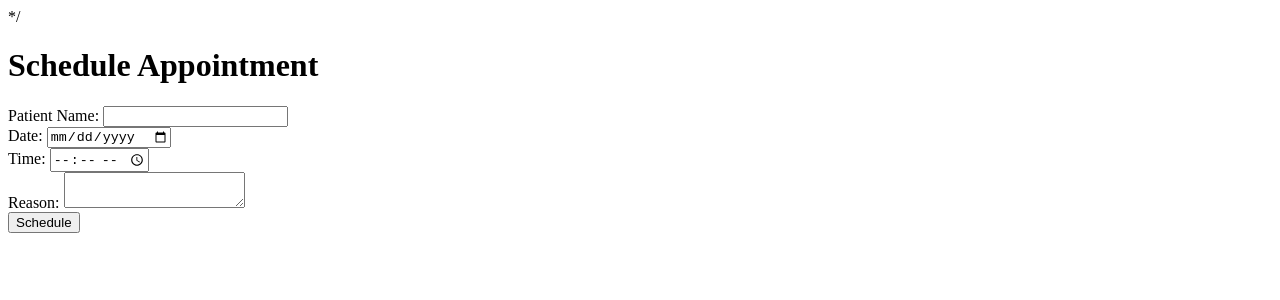
Repository: jaytriggz/Hospital-Management-System
Page: index.html
The author's editor kept a copy of each file at every save. The page is drawn from the files as they stood at one save, then again after a run of saves.
The browser window is 1280 px wide. The pictures show the whole page.

Above is the page before, as saved 2024-07-04 14:17:07.

### index.html
*/<!DOCTYPE html>
<html lang="en">
<head>
    <meta charset="UTF-8">
    <title>Schedule Appointment</title>
</head>
<body>
    <h1>Schedule Appointment</h1>
    <form id="appointmentForm">
        <label for="patientName">Patient Name:</label>
        <input type="text" id="patientName" name="patientName" required><br>

        <label for="date">Date:</label>
        <input type="date" id="date" name="date" required><br>

        <label for="time">Time:</label>
        <input type="time" id="time" name="time" required><br>

        <label for="reason">Reason:</label>
        <textarea id="reason" name="reason" required></textarea><br>

        <button type="submit">Schedule</button>
    </form>

    <script>
        document.getElementById('appointmentForm').addEventListener('submit', function(event) {
            event.preventDefault();

            const formData = {
                patientName: document.getElementById('patientName').value,
                date: document.getElementById('date').value,
                time: document.getElementById('time').value,
                reason: document.getElementById('reason').value
            };

            fetch('/appointments', {
                method: 'POST',
                headers: {
                    'Content-Type': 'application/json'
                },
                body: JSON.stringify(formData)
            })
            .then(response => response.text())
            .then(data => {
                alert(data);
            })
            .catch(error => {
                console.error('Error:', error);
            });
        });
    </script>
</body>
</html>

After the next 2 saves:
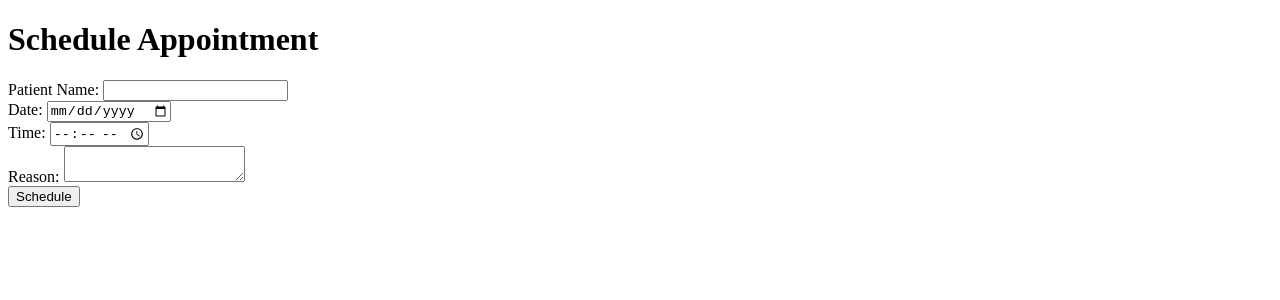
The 2 saves are shown as one change because they came seconds apart.
The last was saved 9 s later.
--- a/index.html
+++ b/index.html
@@ -1,4 +1,4 @@
-*/<!DOCTYPE html>
+<!DOCTYPE html>
 <html lang="en">
 <head>
     <meta charset="UTF-8">

After the 2 saves that followed:
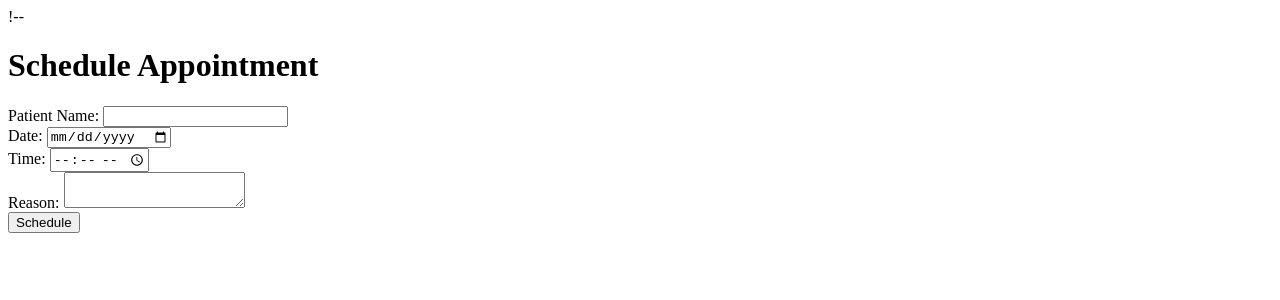
The 2 saves are shown as one change because they came seconds apart.
The last was saved 30 s later.
--- a/index.html
+++ b/index.html
@@ -1,4 +1,4 @@
-<!DOCTYPE html>
+!--<!DOCTYPE html>
 <html lang="en">
 <head>
     <meta charset="UTF-8">
